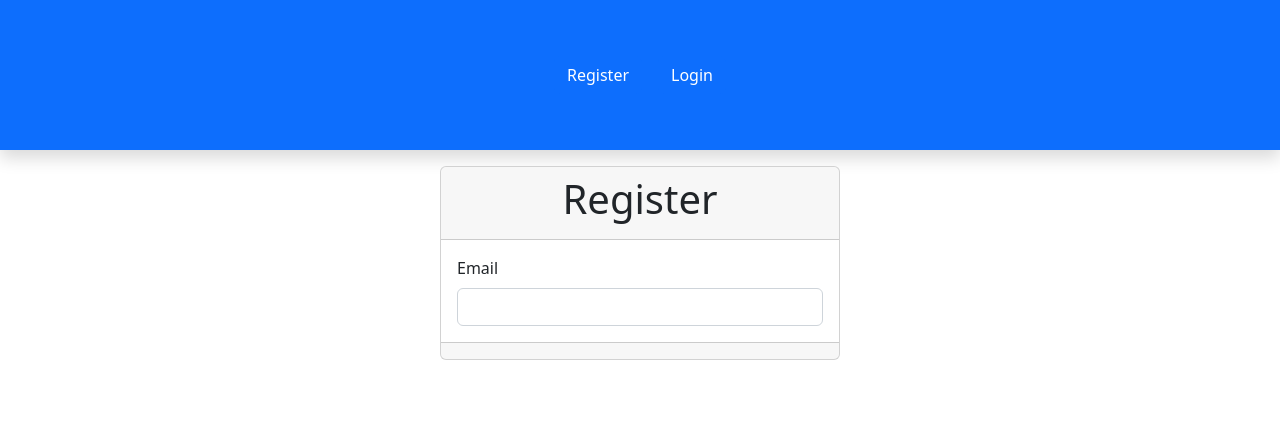
Repository: loveleii/firebase-login-logout
Page: /
The author's editor kept a copy of each file at every save. The page is drawn from the files as they stood at one save, then again after a run of saves.
The browser window is 1280 px wide. The pictures show the whole page.
The project was rebuilt for these pictures with package versions that can differ from the ones it lists, and the page was loaded fresh each time. Also part of the build but not shown: vite.config.ts, src/views/loginView.vue, src/assets/main.css.

Above is the page before, as saved 2023-03-04 19:42:12.

### src/main.js
import { createApp } from 'vue'
import { createPinia } from 'pinia'

import App from './App.vue'
import router from './router'
import "bootstrap/dist/css/bootstrap.min.css"
import bootstrap from "bootstrap/dist/js/bootstrap.bundle.js"

import './assets/main.css'

const app = createApp(App)

app.use(createPinia())
app.use(router)

app.mount('#app')

### src/App.vue
<script setup lang="ts">
import { RouterLink, RouterView } from 'vue-router'

</script>

<template>
  <div>
        <header class="bg-primary p-5 shadow">
            <div class="container_header">
                <div class="d-flex">
                    <RouterLink to="/" style="text-decoration: none;"><text class="text-white m-2 btn btn-primary">Register</text></RouterLink>
                    <RouterLink to="/login" style="text-decoration: none;"><text class="text-white m-2 btn btn-primary">Login</text></RouterLink>
                </div>
            </div>
        </header>
    </div>
    <div class="center_container m-3 rounded text-center">
      <RouterView />
    </div>

</template>

<style>
.container_header{
  display: grid;
  place-content: center;
}
.center_container{
  display: grid;
  place-content: center;
}

</style>

### src/router/index.js
import { createRouter, createWebHistory } from 'vue-router'
import registerView from '../views/registerView.vue'
import loginView from '../views/loginView.vue'

const router = createRouter({
  history: createWebHistory(import.meta.env.BASE_URL),
  routes: [
    {
      path: '/',
      name: 'reg',
      component: registerView
    },
    {
      path: '/login',
      name: 'log',
      component: loginView
    },

  ]
})

export default router

### src/views/registerView.vue
<template>
    <div class="card">
        <div class="card-header">
            <h1>Register</h1>
        </div>
        <div class="card-body float-left">
            <div class="form-group">
                <label for="" class="form-label float-start">Email</label>
                <input type="text" name="" id="" class="form-control">
            </div>

        </div>
        <div class="card-footer">

        </div>
    </div>
</template>

<script>


</script>
<style>
.card{
    width: 400px;
}
</style>

Loaded but not shown: index.html (common file)

After the next 2 saves:
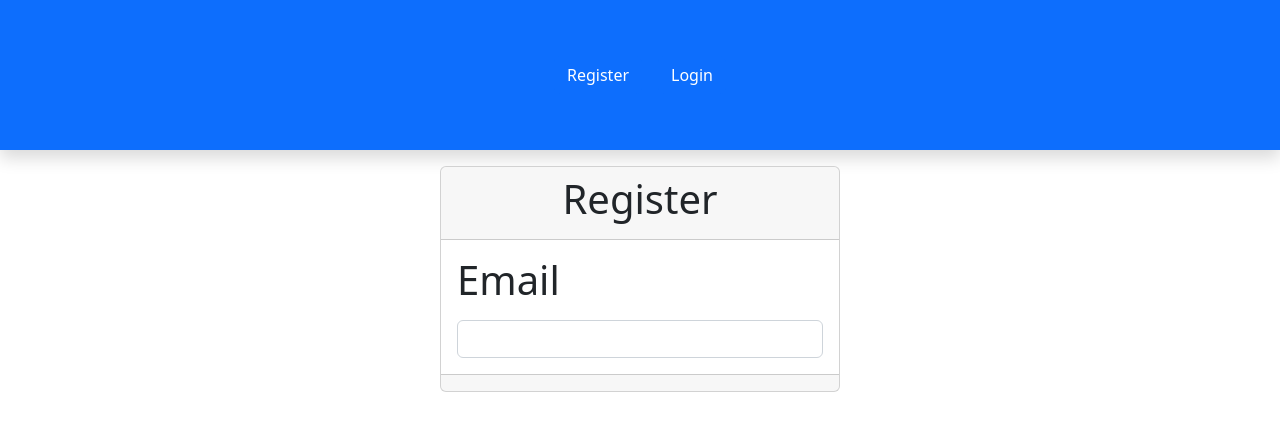
The 2 saves are shown as one change because they came seconds apart.
The last was saved 10 s later.
--- a/src/views/registerView.vue
+++ b/src/views/registerView.vue
@@ -5,7 +5,7 @@
         </div>
         <div class="card-body float-left">
             <div class="form-group">
-                <label for="" class="form-label float-start">Email</label>
+                <label for="" class="form-label float-start"> <h1>Email</h1> </label>
                 <input type="text" name="" id="" class="form-control">
             </div>
 
